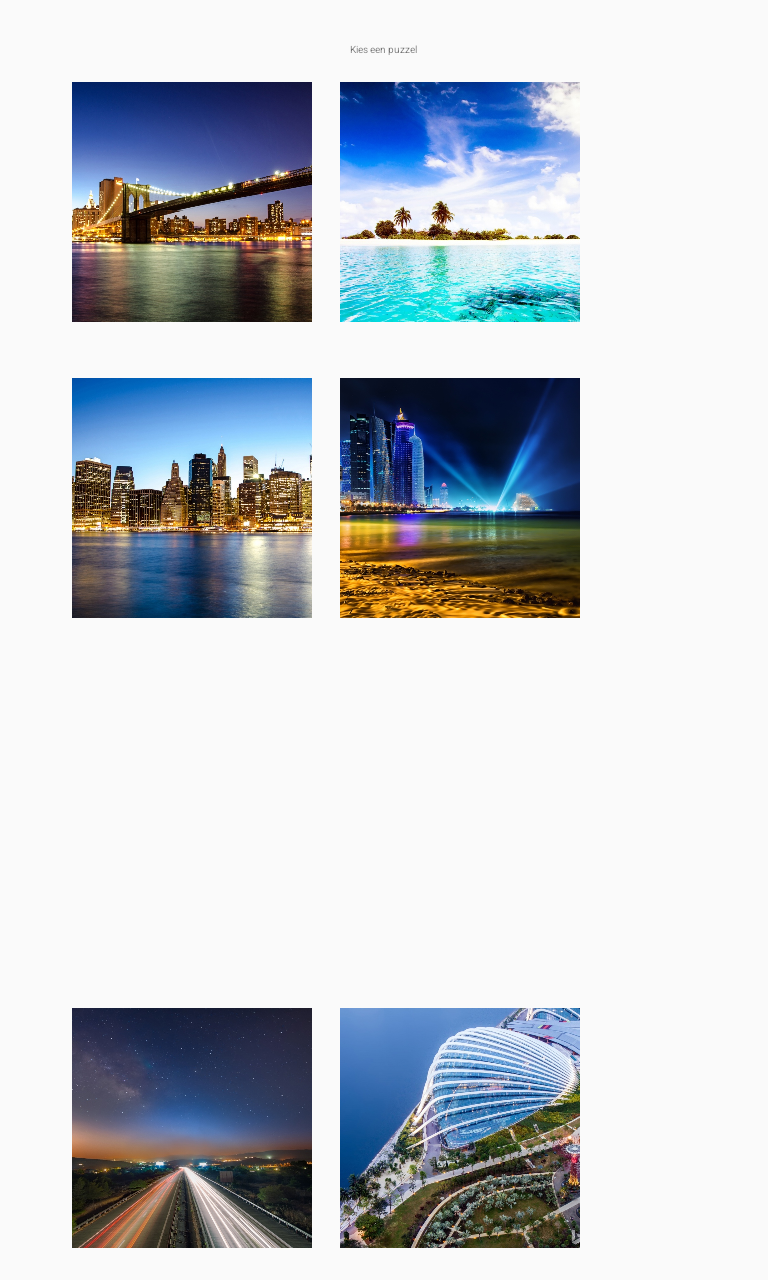
Repository: MarcSelles/nPuzzle10447768
Layout: NPuzzle10447768/res/layout/activity_main.xml
An editor plug-in stored every save of this project. The layout is shown before and after the next save, followed by the edit.
It is drawn on a 768 x 1280 px phone screen (xhdpi) without system bars, with theme AppTheme; the app's code is not run.

Above is the layout before, as saved 2014-11-23 13:31:48.

### NPuzzle10447768/res/layout/activity_main.xml
<RelativeLayout xmlns:android="http://schemas.android.com/apk/res/android"
    xmlns:tools="http://schemas.android.com/tools"
    android:layout_width="match_parent"
    android:layout_height="match_parent"
    android:paddingBottom="@dimen/activity_vertical_margin"
    android:paddingLeft="@dimen/activity_horizontal_margin"
    android:paddingRight="@dimen/activity_horizontal_margin"
    android:paddingTop="@dimen/activity_vertical_margin"
    tools:context="nl.mprog.projects.NPuzzle10447768.MainActivity" >

    <TextView
        android:layout_width="wrap_content"
        android:layout_height="wrap_content"
        android:layout_centerHorizontal="true"
        android:layout_marginTop="5dp"
        android:textSize="5sp"
        android:text="@string/choose_image" />

    <ImageView
        android:id="@+id/imageView1"
        android:layout_width="120dp"
        android:layout_height="120dp"
        android:layout_alignParentLeft="true"
        android:layout_alignParentTop="true"
        android:layout_marginLeft="20dp"
        android:layout_marginTop="25dp"
        android:scaleType="fitXY"
        android:src="@drawable/brooklyn_bridge" />

    <ImageView
        android:id="@+id/imageView2"
        android:layout_width="120dp"
        android:layout_height="120dp"
        android:layout_alignTop="@+id/imageView1"
        android:layout_marginLeft="14dp"
        android:layout_toRightOf="@+id/imageView1"
        android:scaleType="fitXY"
        android:src="@drawable/diggrini_island" />

    <ImageView
        android:id="@+id/imageView3"
        android:layout_width="120dp"
        android:layout_height="120dp"
        android:layout_below="@+id/imageView1"
        android:layout_marginTop="28dp"
        android:layout_toLeftOf="@+id/imageView2"
        android:scaleType="fitXY"
        android:src="@drawable/manhattan_skyline" />

    <ImageView
        android:id="@+id/imageView4"
        android:layout_width="120dp"
        android:layout_height="120dp"
        android:layout_alignLeft="@+id/imageView2"
        android:layout_alignTop="@+id/imageView3"
        android:scaleType="fitXY"
        android:src="@drawable/qatar_skyline" />

    <ImageView
        android:id="@+id/imageView5"
        android:layout_width="120dp"
        android:layout_height="120dp"
        android:layout_alignLeft="@+id/imageView3"
        android:layout_alignParentBottom="true"
        android:scaleType="fitXY"
        android:src="@drawable/rush_hour" />

    <ImageView
        android:id="@+id/imageView6"
        android:layout_width="120dp"
        android:layout_height="120dp"
        android:layout_alignLeft="@+id/imageView4"
        android:layout_alignTop="@+id/imageView5"
        android:scaleType="fitXY"
        android:src="@drawable/singapore_city" />

</RelativeLayout>

### NPuzzle10447768/res/values/strings.xml
<?xml version="1.0" encoding="utf-8"?>
<resources>

    <string name="app_name">NPuzzle10447768</string>
    <string name="hello_world">Hello world!</string>
    <string name="action_settings">Settings</string>
    <string name="choose_image">Kies een puzzel</string>
    <string name="title_activity_the_game">TheGame</string>

</resources>

Loaded but not shown: NPuzzle10447768/res/values/styles.xml (common file); NPuzzle10447768/res/values-v11/styles.xml (common file); NPuzzle10447768/res/values-v14/styles.xml (common file); NPuzzle10447768/res/values/dimens.xml (common file); NPuzzle10447768/res/values-w820dp/dimens.xml (common file)

After the next save:
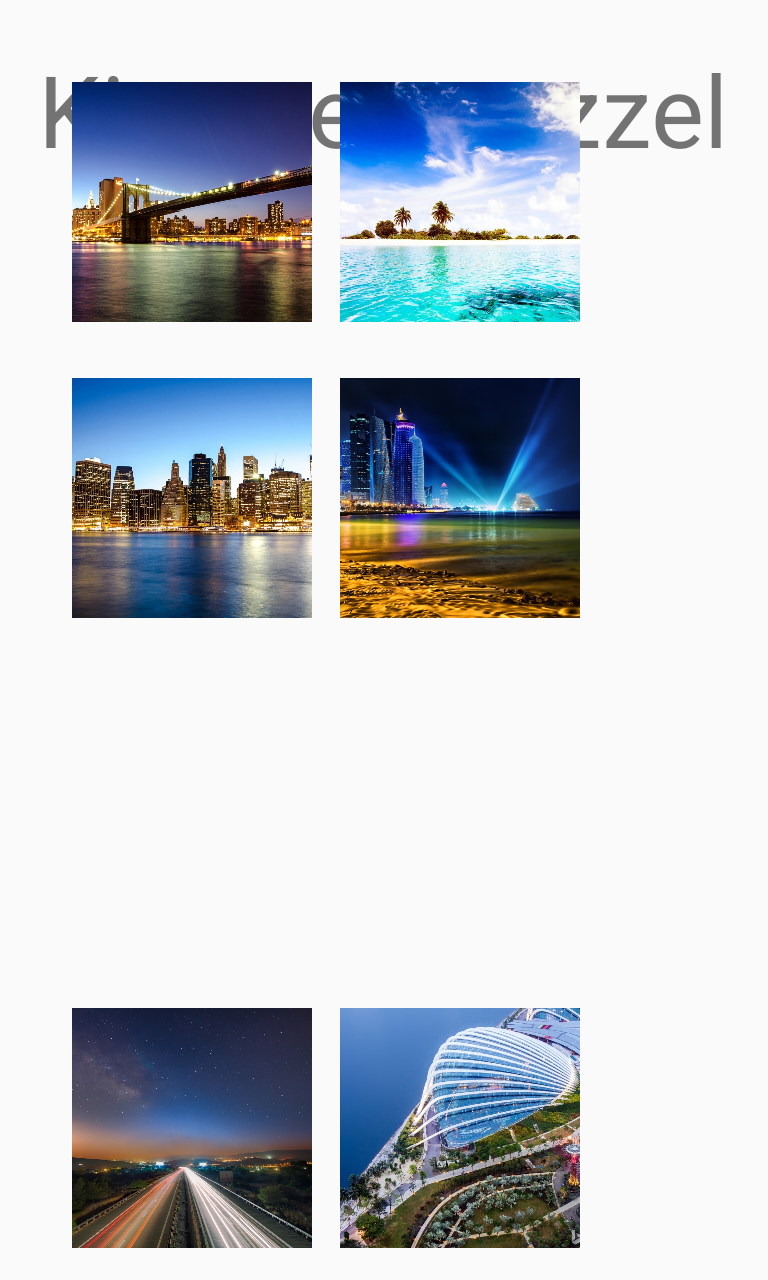
Saved 10 s later.
--- a/NPuzzle10447768/res/layout/activity_main.xml
+++ b/NPuzzle10447768/res/layout/activity_main.xml
@@ -13,7 +13,7 @@
         android:layout_height="wrap_content"
         android:layout_centerHorizontal="true"
         android:layout_marginTop="5dp"
-        android:textSize="5sp"
+        android:textSize="50sp"
         android:text="@string/choose_image" />
 
     <ImageView
